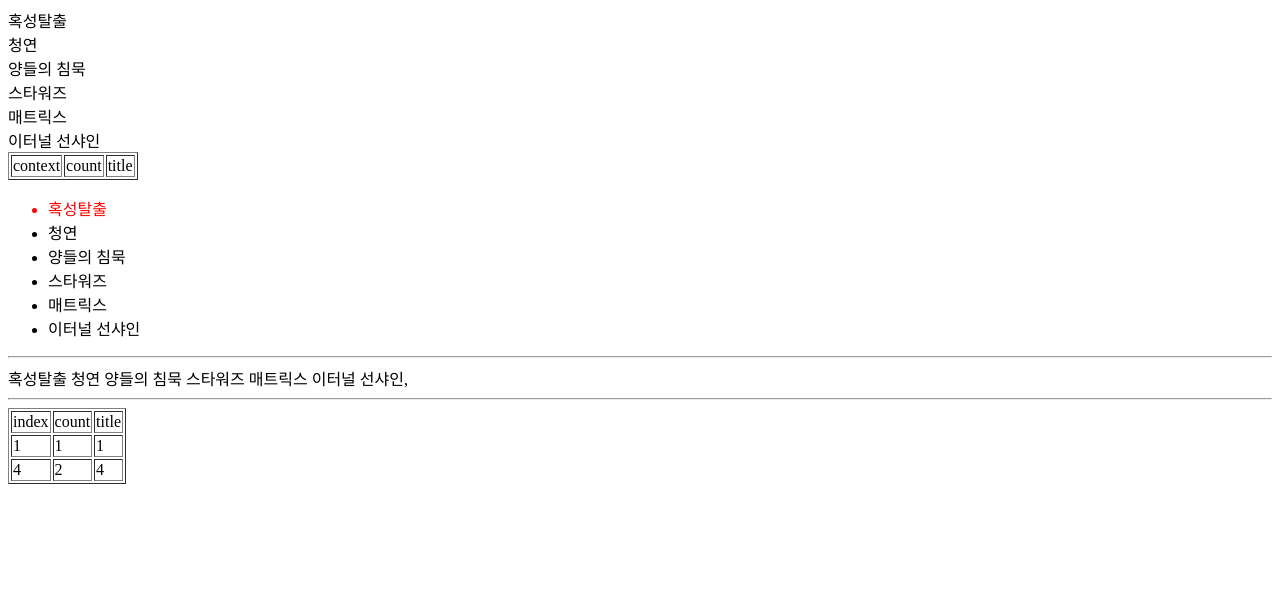
Repository: totesbk/JSP-
Page: http://localhost/web07/ex13_forEach.jsp
An editor plug-in stored every save of this project. The page is shown before and after the next save, followed by the edit.
The browser window is 1280 px wide. The pictures show the whole page.
The page is served by Tomcat 9.

Above is the page before, as saved 2020-10-12 02:08:56.

After the next save:
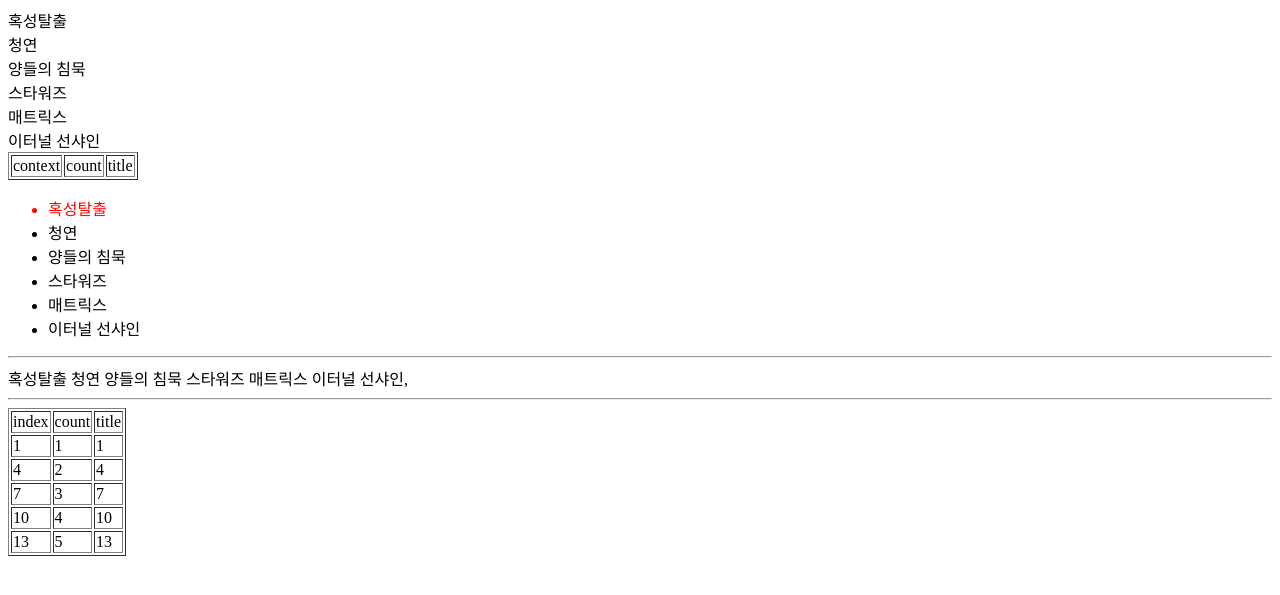
Saved 2 min 16 s later.
--- a/web07/WebContent/ex13_forEach.jsp
+++ b/web07/WebContent/ex13_forEach.jsp
@@ -52,7 +52,7 @@
 			<td>count</td>
 			<td>title</td>
 		</tr>
-		<c:forEach var="cnt" begin="1" end="5" step="3" varStatus="status">
+		<c:forEach var="cnt" begin="1" end="15" step="3" varStatus="status">
 			<tr>
 				<td>${status.index}</td>
 				<td>${status.count}</td>
